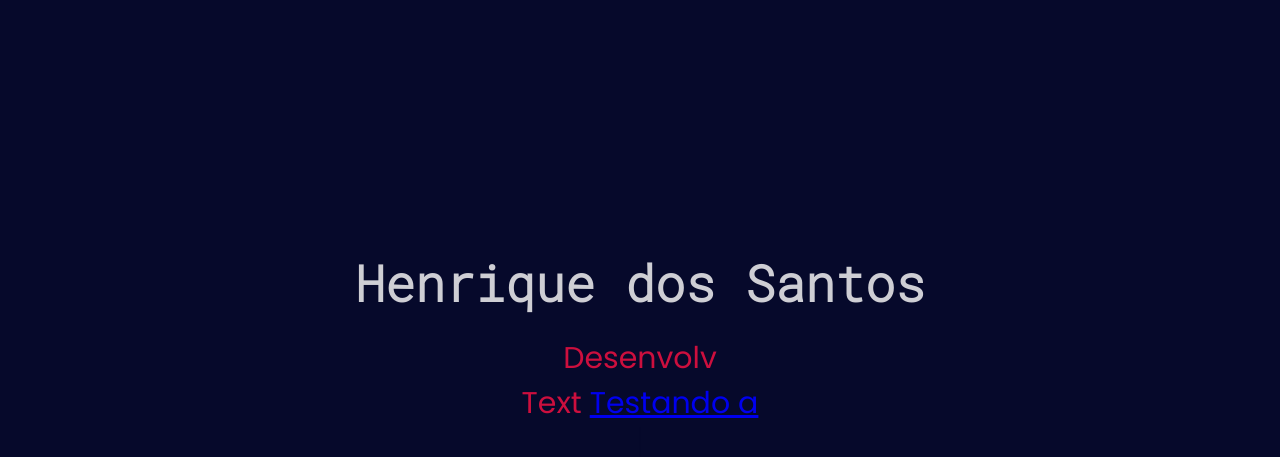
Repository: Henrique-Santos-2304/meuBlog
Page: /
An editor plug-in stored every save of this project. The page is shown before and after the next save, followed by the edit.
The browser window is 1280 px wide. The pictures show the whole page.
Some web fonts or font styles are not loaded; a fallback is used. The project was rebuilt for these pictures with package versions that can differ from the ones it lists, and the page was loaded fresh each time. The framework's server and built-in components were replaced by stand-ins that run in the browser. Also part of the build but not shown: next.config.js.

Above is the page before, as saved 2021-10-05 11:04:37.

After the next save:
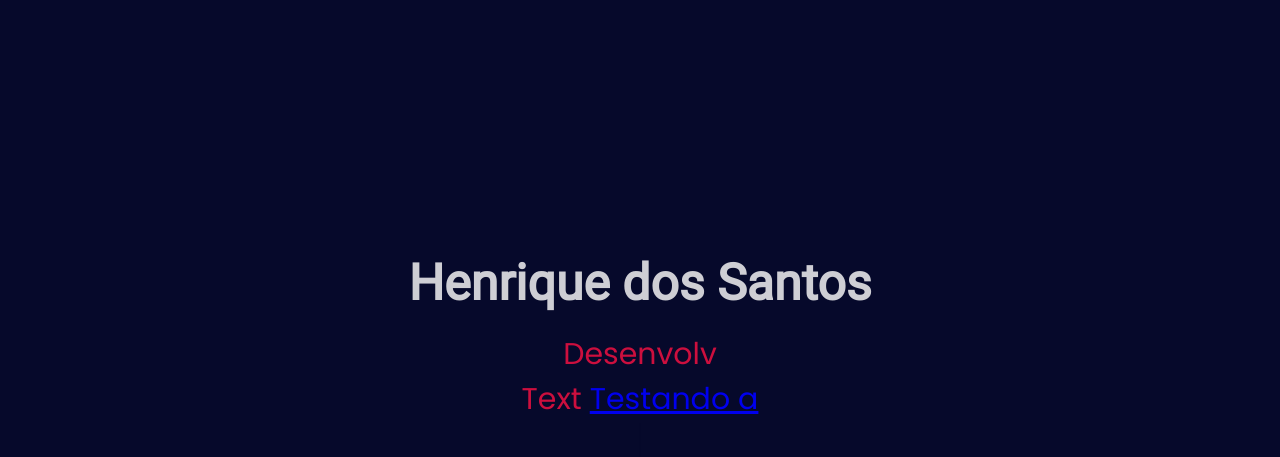
Saved 19 s later.
--- a/src/styles/global.ts
+++ b/src/styles/global.ts
@@ -109,7 +109,7 @@
   }
   h1,h2,h3,h4,h5,h6{
     font-size: 1.6rem;
-    font-family: ${theme.font.family.RobotoMono};
+    font-family: "Roboto";
   }
   button{
     cursor: pointer;
